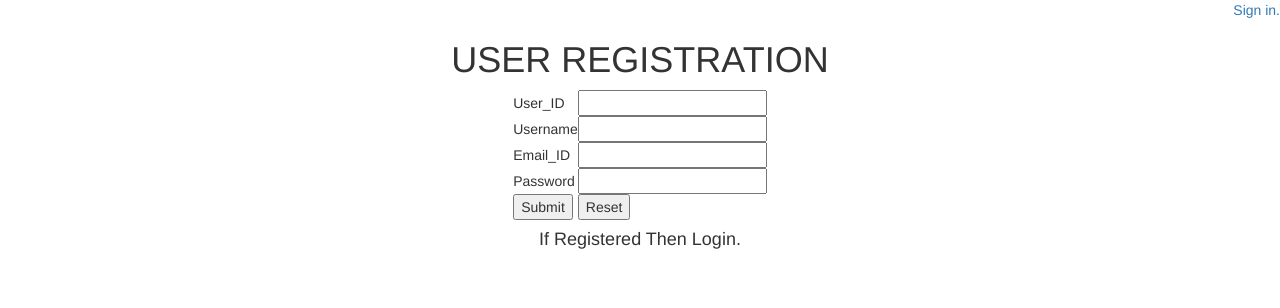
Repository: sunil965/JDBC-Servlet-JSP
Page: http://localhost/JspRegistrationTask/
These files come from the project's save history. The page is drawn as it stood at one moment and after the next save; the edit follows.
The browser window is 1280 px wide. The pictures show the whole page.
The page is served by Tomcat 9. Other server files are loaded and not shown.

Above is the page before, as saved 2017-05-03 06:36:11.

### JspRegistrationTask/WebContent/index.jsp
<%@ page language="java" contentType="text/html; charset=UTF-8"
    pageEncoding="UTF-8"%>
<!DOCTYPE html PUBLIC "-//W3C//DTD HTML 4.01 Transitional//EN" "http://www.w3.org/TR/html4/loose.dtd">
<html>
<head>
<meta http-equiv="Content-Type" content="text/html; charset=UTF-8">
<title>Index</title>
<link rel="stylesheet" href="https://maxcdn.bootstrapcdn.com/bootstrap/3.3.7/css/bootstrap.min.css" >
</head>
<body>
<div align="right">
<a href="userlogin.jsp">Sign in.</a>
</div>
<div align="center">
<h1>USER REGISTRATION</h1>
	<form action="userreg" method="post">
	<table>
	<tr>
	<td>User_ID</td>
	<td><input type="text" name="uid"></td>
	</tr>
	<tr>
	<td>Username</td>
	<td><input type="text" name="user"></td>
	</tr>
	<tr>
	<td>Email_ID</td>
	<td><input type="text" name="mail"></td>
	</tr>
	<tr>
	<td>Password</td>
	<td><input type="password" name="pwd"></td>
	</tr>
	<tr>
	<td><input type="submit"></td>
	<td><input type="reset"></td>
	</tr>
	</table>

	</form>
	<h4>If Registered Then Login.</h4>
</div>
</html>

After the next save:
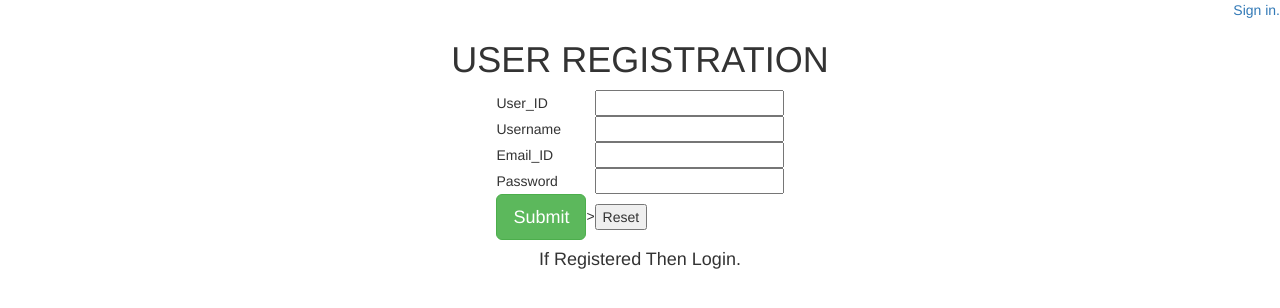
Saved 3 min 5 s later.
--- a/JspRegistrationTask/WebContent/index.jsp
+++ b/JspRegistrationTask/WebContent/index.jsp
@@ -32,7 +32,7 @@
 	<td><input type="password" name="pwd"></td>
 	</tr>
 	<tr>
-	<td><input type="submit"></td>
+	<td><input type="submit" class="btn btn-lg btn-success">></td>
 	<td><input type="reset"></td>
 	</tr>
 	</table>
